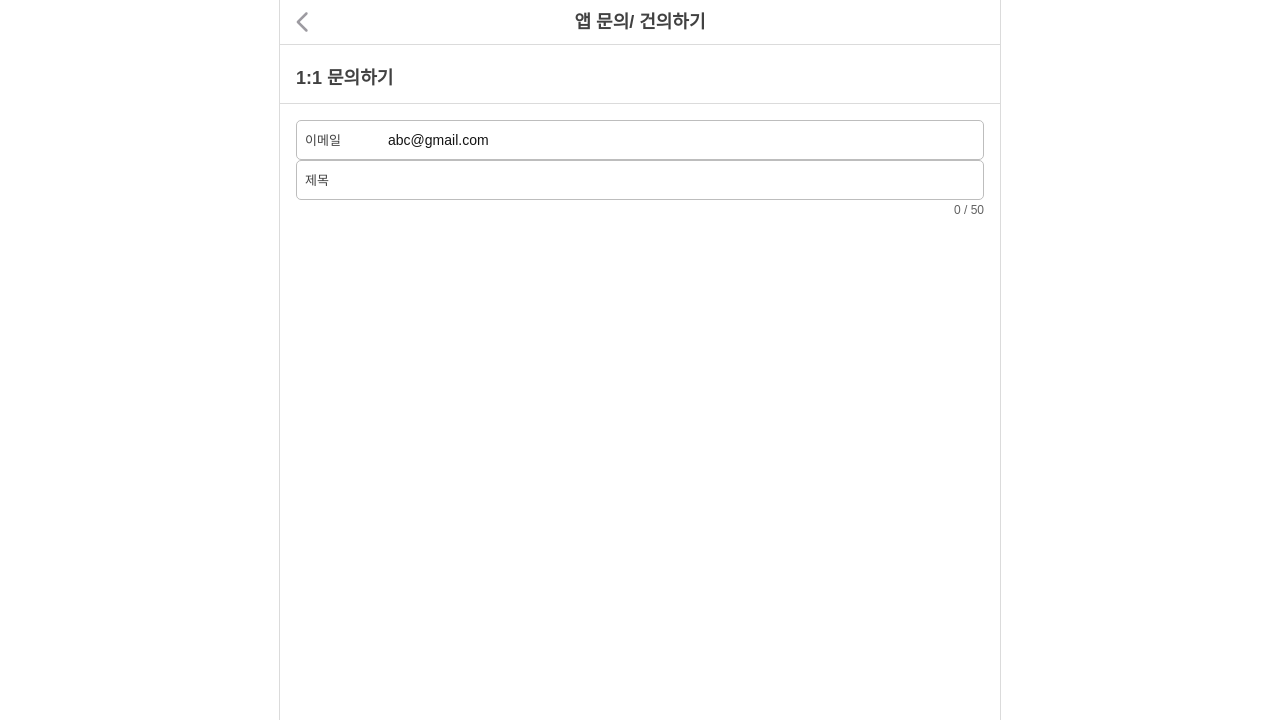
Repository: gosun1018/denguru
Page: my_complain_write.html
These files come from the project's save history. The page is drawn as it stood at one moment and after the next save; the edit follows.
The browser window is 1280 px wide. The pictures show the whole page.
Some web fonts or font styles are not loaded; a fallback is used. The style sheet was rebuilt from its Sass, Less or Tailwind sources for each picture, by a compiler version that may differ from the author's.

Above is the page before, as saved 2020-03-23 15:50:40.

### my_complain_write.html
<!DOCTYPE html>
<html lang="en">
<head>
    <meta charset="UTF-8">
    <meta name="viewport" content="width=device-width, initial-scale=1.0">
    <title>DENGURU:: 앱 문의/ 건의하기</title>
    <link rel="stylesheet" href="css/main.css">
</head>
<body>
    <div class="wrap">
        <header class="header03 header03_white">
            <h1 class="h_title">앱 문의/ 건의하기</h1>
            <div class="btn_box">
                <a href="javascript:history.back();" class="btn_goback btn_left">
                    <img src="images/icon-goback.svg" alt="이전페이지" class="icon">
                </a>
            </div>
        </header>

        <div class="main">
            <div class="pd_header03"></div>
            <div class="complain_container">
                <h2 class="title08">1:1 문의하기</h2>

                <div class="complain_write_container">
                    <form onsubmit="return false;">
                        <div class="inp_box04">
                            <div class="inp_txt_box">
                                <label for="complainEmail" class="lab_txt">이메일</label>
                                <input type="email" name="complainTitle" class="inp_txt js-input" id="complainEmail" value="abc@gmail.com" label="이메일" disabled>
                            </div>
                        </div>
                        <div class="inp_box04">
                            <div class="inp_txt_box">
                                <label for="complainTitle" class="lab_txt">제목</label>
                                <input type="email" name="complainTitle" class="inp_txt js-input" id="complainTitle" label="제목">
                            </div>
                            <div class="txt_right inp_message js-txt-limit">
                                0 / 50
                            </div>
                        </div>

                    </form>
                </div>
            </div>
        </div>
    </div>
</body>
</html>

### css/scss/main.scss
@charset "utf-8";

//utils
@import "utils/variables";
@import "utils/mixins";
@import "utils/animations";

// base
@import "base/reset";
@import "base/layout";
@import "base/typography";

//modules
@import "modules/swipercustom";
@import "modules/form";
@import "modules/button";
@import "modules/popup";
@import "modules/popover";
@import "modules/toast";
@import "modules/pagination";

//component
@import "component/header";
@import "component/navigation";
@import "component/itemlist";
@import "component/reviewlist";
@import "component/taglist";
@import "component/postlist";
@import "component/postcontent";

//pages
@import "pages/mainpg";
@import "pages/search";
@import "pages/resister-pet";
@import "pages/review";
@import "pages/home-item-info";
@import "pages/gostore";
@import "pages/password-mail-complete";
@import "pages/storelist";
@import "pages/my-main";
@import "pages/my-notification";
@import "pages/members";
@import "pages/withdrawal";
@import "pages/order-history";
@import "pages/mycomplain";

### css/scss/utils/_variables.scss
@import url(https://cdn.jsdelivr.net/gh/moonspam/NanumSquare@1.0/nanumsquare.css);

//base color
$main-color: #7953d0;//#5f4899;
$main-bold-color: #5b13d6;
$secondary-color: #ffb025;
$accent-color: #ff4d7e;//#d72d5c;
$primary-color: #0095c6;
$bg-gray-color: #f3f1f6;

//gray-scale
$gray-0: #fff;
$gray-1: #f5f5f5;
$gray-2: #dbdbdb;
$gray-3: #bdbdbd;
$gray-4: #9e9e9e;
$gray-5: #747474;
$gray-6: #616161;
$gray-7: #414141;
$gray-8: #141414;

//FONT

//font-color
$bold-font-color: $gray-8;
$base-font-color: $gray-7;
$light-font-color: $gray-6;
$x-light-font-color: $gray-5;
$main-font-color: $main-color;
$main-bold-font-color: $main-bold-color;
$accent-font-color: $accent-color;
$primary-font-color: $primary-color;

//font-family
$base-font-family: 'NanumSquare','Apple SD Gothic Neo','Malgun Gothic',arial,sans-serif;

//font-size
$base-font-size: 14px;
$xsmall-font-size: ceil($base-font-size * 0.71); //10px
$small-font-size: ceil($base-font-size * 0.85); //12px
$mid-font-size: ceil($base-font-size * 0.92); //13px
$large-font-size: ceil($base-font-size * 1.14); //16px

$title-font-size: ceil($base-font-size * 1.28); //18px

//line-height
$base-line-height: 1.4;
$narrow-line-height: 1.2;
$mid-line-height: 1.6;
$wide-line-height: 1.8;

//
$layout-base-padding: 16px;
$layout-small-padding: $layout-base-padding / 2;
$layout-large-padding: $layout-base-padding * 1.5;

// border
$base-border: 1px solid $gray-3;
$light-border: 1px solid $gray-2;
$x-light-border: 1px solid $gray-1;
$main-border: 1px solid $main-color;
$secondary-border: 1px solid $secondary-color;
$accent-border: 1px solid $accent-color;
$primary-border: 1px solid $primary-color;

//border-radius
$base-border-radius: 5px;
$large-border-radius: 10px;

// fixed component height
$gnb-bottom-height: $layout-base-padding * 3.5;
$nav-gostore-height: 48px;

$header-height01: $layout-base-padding * 3.5;
$header-height02: $layout-base-padding * 3.5;
$header-height03: 45px;
$header-height04: 45px;
$header-height05: 45px;
$header-height06: $layout-base-padding * 3.5;

### css/scss/utils/_mixins.scss
@mixin clearfix {
    &:after {
        content: '';
        display: block;
        clear: both;
    }
}

@mixin position-center($position) {
    position: $position;
    top: 50%;
    left: 50%;
    transform: translate(-50%, -50%);
}

@mixin one-line-ellipsis {
    white-space: nowrap;
    text-overflow: ellipsis;
    overflow: hidden;
}

@mixin multi-line-ellipsis ($line-height, $lines) {
    overflow: hidden;
    text-overflow: ellipsis;
    display: -webkit-box;
    -webkit-line-clamp: $lines;
    -webkit-box-orient: vertical;
    word-wrap: break-word;
    line-height: $line-height;
    height: $line-height * $lines * 1em;
}

@mixin circle ($box-size) {
    width: $box-size;
    height: $box-size;
    border-radius: $box-size / 2;
}

@mixin blind {
    position: absolute;
    overflow: hidden;
    clip: rect(0 0 0 0);
    margin: -1px;
    width: 1px;
    height: 1px;
}

@mixin layout-frame {
    width: 100%;
    max-width: 720px;
    min-width: 320px;
}

@mixin thumnail {
    position: relative;
    overflow: hidden;

    .img {
        position: absolute;
        top: 0;
        left: 0;
        width: 100%;
        height: 100%;
        object-fit: cover;
    }
}

@mixin thumnail-border($radius) {
    position: relative;

    &:after {
        content: '';
        position: absolute;
        top: 0;
        left: 0;
        width: 100%;
        height: 100%;
        box-sizing: border-box;
        border: 1px solid rgba($gray-2, 0.5);
        border-radius: $radius;
    }
}

@mixin btn-color-full($color) {
    background-color: $color;
    border: 1px solid $color;
}

### css/scss/utils/_animations.scss
@keyframes width-0-to-100 {
    from {
        width: 0;
    }

    to {
        width: 100%;
    }
}

### css/scss/base/_reset.scss
/* http://meyerweb.com/eric/tools/css/reset/
   v2.0 | 20110126
   License: none (public domain)
*/

html, body, div, span, applet, object, iframe, h1, h2, h3, h4, h5, h6, p, blockquote, pre, a, abbr, acronym, address, big, cite, code, del, dfn, em, img, ins, kbd, q, s, samp, small, strike, strong, sub, sup, tt, var, b, u, i, center, dl, dt, dd, ol, ul, li, fieldset, form, label, legend, table, caption, tbody, tfoot, thead, tr, th, td, article, aside, canvas, details, embed, figure, figcaption, footer, header, hgroup, menu, nav, output, ruby, section, summary, time, mark, audio, video {
    margin: 0;
    padding: 0;
    border: 0;
    font-size: 100%;
    font: inherit;
    vertical-align: baseline; }

  /* HTML5 display-role reset for older browsers */

  article, aside, details, figcaption, figure, footer, header, hgroup, menu, nav, section {
    display: block; }

  body {
    line-height: 1; }

  ol, ul {
    list-style: none; }

  blockquote, q {
    quotes: none; }

  blockquote {
    &:before, &:after {
      content: '';
      content: none; } }

  q {
    &:before, &:after {
      content: '';
      content: none; } }

  table {
    border-collapse: collapse;
    border-spacing: 0; }

  a {
    color: inherit;
    text-decoration: none;
  }
  :focus {
    outline-color: $main-color;
  }

### css/scss/base/_layout.scss
body {
    display: flex;
    min-height: 100vh;
    font-family: $base-font-family;
}
.blind {
    @include blind;
}
.clearfix {
    @include clearfix;
}
.wrap {
    display: flex;
    flex-direction: column;
    flex: 1;
    @include layout-frame;
    margin: 0 auto;
    background-color: $bg-gray-color;
}
@media screen and (min-width: 722px) {
    .wrap {
        border-right: $light-border;
        border-left: $light-border;
    }
}
.main {
    display: flex;
    flex-direction: column;
    min-height: 100vh;
}
.img_box {
    font-size: 0;

    .img {
        width: 100%;
        font-size: 12px;
    }
}
.vis_hidden {
    visibility: hidden;
}
.sect01 {
    padding: $layout-base-padding*3 0 0;
    margin-bottom: $layout-base-padding;
    background-color: $gray-0;

    .btn_box_bottom {
        margin-top: $layout-large-padding;
    }
    .btn_more {
        display: block;
        height: $layout-base-padding * 3;
        line-height: $layout-base-padding * 3;
        font-size: $base-font-size;
        border-top: $light-border;
        text-align: center;
        color: $main-font-color;
        font-weight: bold;

        .icon {
            width: 1.1em;
            vertical-align: middle;
        }
    }
}
.sect02 {
    padding: $layout-base-padding*3 0;
    margin-bottom: $layout-base-padding;
    background-color: $gray-0;

    .swiper-pagination {
        bottom: 0;
    }
    .items_wrap {
        padding-bottom: 10px;
    }
}
.sect03 {
    padding: $layout-small-padding;
    background-color: $gray-0;
}
.sect04 {
    margin-top: $layout-base-padding;
    background-color: $gray-0;
}
.sect05 {
    padding: $layout-large-padding 0;
    background-color: $gray-0;
}
.sect06 {
    padding: $layout-base-padding*2 0;
    background-color: $gray-0;
}
.sect_ad01 {
    font-size: 0;

    .bnr {
        width: 100%;
        font-size: 12px;
    }
}
.mt_head02 {
    margin-top: $layout-base-padding * 3.5;
}

### css/scss/base/_typography.scss
.txt_center {
    text-align: center;
}
.txt_left {
    text-align: left;
}
.txt_right {
    text-align: right;
}
.emph_color_main {color: $main-font-color;}
.emph_color_accent {color: $accent-font-color;}
.emph_color_primary {color: $primary-font-color;}
.title01 {
    margin: 0 $layout-base-padding $layout-large-padding;
    font-size: $title-font-size;
    font-weight: 900;
    color: $bold-font-color;

    .emph {
        color: $main-font-color;
    }
}
.title02 {
    font-size: $large-font-size;
    font-weight: bold;
    color: $bold-font-color;
}
.title03 {
    padding: 0 $layout-base-padding;
    margin-bottom: $layout-base-padding;
    font-size: $title-font-size;
    font-weight: 900;
    color: $bold-font-color;

    .emph {
        color: $main-font-color;
    }
}
.title04 {
    display: flex;
    justify-content: space-between;
    align-items: center;
    padding: 0 $layout-base-padding;
    height: 40px;
    border-bottom: $light-border;

    .tit {
        font-size: $large-font-size;
        font-weight: bold;
        color: $base-font-color;
    }
    .tit_sub01 {
        font-size: $base-font-size;
        color: $main-font-color;
    }
}
.title05 {
    margin: 0 $layout-base-padding;
    padding-top: $layout-small-padding;
    font-size: $large-font-size;
    font-weight: bold;
    color: $bold-font-color;

    .tit_sub {
        font-size: $mid-font-size;
        font-weight: normal;
        color: $base-font-color;
    }
}
.title06 {
    font-size: $large-font-size;
    color: $bold-font-color;
}
.title07 {
    font-size: $base-font-size;
    color: $bold-font-color;
}
.title08 {
    font-size: $title-font-size;
    font-weight: bold;
    color: $base-font-color;
}
.title09 {
    font-size: $large-font-size;
    font-weight: bold;
    color: $base-font-color;
}
.sub_title01 {
    padding-left: $layout-small-padding;
    margin: 0 $layout-base-padding;
    border-left: $base-border;
    font-size: $mid-font-size;
    color: $base-font-color;
    line-height: $base-line-height;

    .emph01 {
        font-size: 1.076em;
        font-weight: bold;
        color: $main-font-color;
    }
    .emph02 {
        font-weight: bold;
    }
}
.paragraph01 {
    font-size: $base-font-size;
    color: $base-font-color;
    line-height: $base-line-height;
}

### css/scss/modules/_swipercustom.scss
.swiper-pagination {

    .swiper-pagination-bullet {
        width: 10px;
        height: 10px;
    }
}
.swiper-container-horizontal>.swiper-pagination-bullets .swiper-pagination-bullet {
    margin: 0 $layout-small-padding;
}

.pagination_main {

    .swiper-pagination-bullet-active {
        background-color: $main-color;
    }
}
.swiper-pagination {font-size: 0;}

.items_wrap.swiper-container {
    padding: 0 $layout-base-padding 10px;
}

### css/scss/modules/_popover.scss
.popover_container {
    position: relative;
}
.popover {
    display: none;
    position: absolute;
    padding: 8px;
    border-radius: $base-border-radius;
    word-break: keep-all;
    font-size: $base-font-size;
    line-height: $base-line-height;
    box-shadow: 0 1px 4px rgba(0,0,0,0.15);

    &:before {
        content: '';
        position: absolute;
        display: block;
        width: 0;
        height: 0;
        border: 5px solid transparent;
    }
    &.show {
        display: block;
    }
}
.popover_main {
    background-color: $main-color;
    color: $gray-0;

    &.popover_right_top:before {
        border-bottom-color: $main-color;
    }
}
.popover_right_top{
    top: calc(100% + 5px);
    right: -3px;

    &:before {
        top: -10px;
        right: 5px;
    }
}

### css/scss/modules/_toast.scss
.toast_box {
    position: fixed;
    bottom: $gnb-bottom-height;
    left: $layout-base-padding;
    right: $layout-base-padding;
    display: flex;
    justify-content: center;
    align-items: center;
    padding: $layout-small-padding;
    min-height: 48px;
    box-sizing: border-box;
    background-color: rgba(0,0,0,0.85);
    color: #fff;
    font-size: $base-font-size;
    line-height: $base-line-height;
    text-align: center;
    word-break: keep-all;
    border-radius: $large-border-radius;
    overflow: hidden;
    visibility: hidden;
    opacity: 0;
    transition: opacity .5s, visibility .5s, transform .5s;
    z-index: 900;

    &.show {
        opacity: 1;
        visibility: visible;
        transform: translate(0, $layout-small-padding*-1);
    }
}

### css/scss/modules/_pagination.scss
.pagination01 {
    display: flex;
    justify-content: center;

    .page {
        height: 24px;
        min-width: 24px;
        padding: 0 3px;
        box-sizing: border-box;
        border-radius: 12px;
        margin: 0 4px;
        text-align: center;
        font-size: $base-font-size;
        line-height: 24px;
        color: $light-font-color;

        &.active {
            background-color: $main-color;
            color: $gray-0;
            font-weight: 900;
        }
        &.disabled {
            opacity: .5;
        }
    }
    .page_link {
        display: block;
        width: 100%;
        height: 100%;
    }
}

### css/scss/component/_taglist.scss
.tag_list01 {

    .tag_item {
        width: fit-content;
        float: left;

        .btn {
            margin: 0 4px;
        }
        &:first-child .btn {
            margin-left: $layout-base-padding;
        }
        &:last-child .btn {
            margin-right: $layout-base-padding;
        }

        &.active .btn {
            font-weight: bold;
            background-color: $secondary-color;
            border-color: $secondary-color;
        }
    }
}

### css/scss/component/_postlist.scss
.post_list_wrap {
    flex: 1;
    padding: $layout-small-padding 0 $layout-base-padding;
    background-color: $gray-0;

    .pagination01 {
        margin-top: $layout-base-padding * 2;
    }
}

.post_list01 {
    padding: 0 $layout-base-padding;

    .post_item {
        padding: $layout-base-padding 0;
        border-bottom: $light-border;
    }
    .post_date {
        margin-bottom: $layout-small-padding;
        font-size: $small-font-size;
        color: $light-font-color;
    }
    .post_title {
        font-size: $base-font-size;
        color: $bold-font-color;
        @include multi-line-ellipsis($base-line-height,2);
        height: auto;
        max-height: $base-line-height * 2em;

        .icon_new {
            height: 1em;
            vertical-align: middle;
        }
    }
}

### css/scss/component/_postcontent.scss
.post_content_wrap {
    flex: 1;
    display: flex;
    flex-direction: column;
}
.post_content_title_container {
    padding: $layout-base-padding;
    border-bottom: $light-border;

    .post_content_title {
        font-size: $large-font-size;
        line-height: $base-line-height;
        font-weight: bold;
        color: $base-font-color;
    }
    .post_content_date {
        margin-top: $layout-small-padding;
        font-size: $small-font-size;
        color: $light-font-color;
    }
}
.post_content_article {
    min-height: 200px;
    padding: $layout-large-padding $layout-base-padding;
    background-color: $gray-0;
    font-size: $mid-font-size;
    line-height: $mid-line-height;
    color: $base-font-color;
}
.post_content_link_container {
    flex: 1;
    padding: 0 $layout-base-padding;
    margin-top: $layout-base-padding;
    background-color: $gray-0;

    .post_content_link_box {
        margin-top: $layout-small-padding;
    }
    .post_content_link {
        display: flex;
        align-items: center;
    }
    .icon_box {
        width: 24px;
        height: 24px;

        .img {
            width: 100%;
            height: 100%;
        }
    }
    .post_page {
        margin: 0 $layout-small-padding;
        font-size: $mid-font-size;
        color: $base-font-color;
    }
    .post_title {
        font-size: $base-font-size;
        color: $bold-font-color;
        @include one-line-ellipsis;
    }

}

### css/scss/pages/_gostore.scss
.h_load_bar_box {
    display: none;
    width: 100%;
    height: 4px;
    background-color: $bg-gray-color;
    overflow: hidden;

    &.show {
        display: block;
    }

    .h_load_bar {
        width: 0;
        height: 100%;
        background-color: $main-color;
        border-radius: 0 2px 2px 0;
        animation: ease-in-out 5s forwards width-0-to-100;
    }
}

.load_gostore_container {
    display: none;
    flex: 1;
    box-sizing: border-box;
    flex-direction: column;
    background-color: $gray-0;

    &.show {
        display: flex;
    }

    .load_img_container {
        display: flex;
        flex: 7;
        justify-content: center;
        align-items: center;
    }
    .load_img_box {
        width: 140px;
        margin: 0 auto 22px;
    }
    .load_txt_box {
        text-align: center;

        .txt01 {
            font-size: 20px;
            color: $base-font-color;
            font-weight: 900;
        }
        .txt02 {
            margin-top: $layout-small-padding;
            font-size: $large-font-size;
            color: $base-font-color;
        }
        .emph {
            color: $main-font-color;
        }
    }
    .load_notice_container {
        display: flex;
        justify-content: center;
        align-items: center;
        flex: 3;
        background-color: $gray-1;
        text-align: center;
        font-size: $small-font-size;
        line-height: $base-line-height;
        color: $light-font-color;
    }
}
.page_store {
    display: none;
    flex: 1;
    overflow-y: auto;
    overflow-x: hidden;

    &.show {
        display: block;
    }
}

### css/scss/pages/_password-mail-complete.scss
.mail_complete_container {
    height: 100vh;
    display: flex;
    flex-direction: column;
    justify-content: center;
    align-items: center;
    background-color: $gray-0;

    .img_motion_box {
        width: 140px;
        margin: 0 auto;

        .img {
            width: 100%;
        }
    }
    .mail_complete_txt01 {
        margin-top: $layout-large-padding;
        text-align: center;
        font-size: 20px;
        line-height: $narrow-line-height;
        font-weight: 900;

        .emph {
            color: #8054ea;
        }
    }
    .mail_complete_txt02 {
        margin-top: 12px;
        text-align: center;
        font-size: $base-font-size;
        line-height: $base-line-height;
        color: $base-font-color;
    }
    .btn_box {
        margin-top: 60px;
        justify-content: center;
    }
    .btn_mail_success {
        width: 90px;
        height: 40px;
        font-size: $large-font-size;
        line-height: 40px;
    }
}

### css/scss/pages/_my-notification.scss
.notification_list_container {
    background-color: $gray-0;

    .notification_box {
        position: relative;
        padding: $layout-large-padding $layout-base-padding;

        &:not(:first-child):before {
            content: '';
            display: block;
            position: absolute;
            top: 0;
            left: $layout-base-padding;
            right: $layout-base-padding;
            height: 1px;
            background-color: $gray-1;
        }
    }
    .notification_new {
        background-color: $bg-gray-color;
    }
    .notification_link {
        display: flex;
    }
    .icon_box {
        flex-shrink: 0;
        width: 24px;
        height: 24px;
        margin-right: $layout-base-padding;
    }
    .notification_content {
        flex: 1;
    }
    .notification_title {
        font-size: $base-font-size;
        color: $bold-font-color;
        line-height: $base-line-height;
    }
    .notification_date {
        margin-top: 4px;
        font-size: $small-font-size;
        color: $light-font-color;
    }
    .notification_img {
        margin-top: $layout-base-padding;
    }
}

### css/scss/pages/_withdrawal.scss
.withdrawal_title_container {
    padding: $layout-base-padding*2 $layout-base-padding;
    background-color: $gray-0;

    .img_box {
        height: 64px;

        .img {
            height: 100%;
            object-fit: contain;
        }
    }
    .withdrawal_title {
        margin-top: $layout-base-padding;
        font-size: $title-font-size;
        font-weight: bold;
        color: $bold-font-color;
    }
}
.withdrawal_info_container {
    padding: $layout-large-padding 0;

    .withdrawal_item_num {
        font-weight: bold;
        color: $main-font-color;
    }
    .title07 {
        margin: 0 $layout-base-padding;
    }
}
.withdrawal_item_box {
    margin-bottom: $layout-large-padding;

    .withdrawal_item_list_container {
        margin-top: $layout-small-padding;
    }
    .thumb_box {
        width: 56px;
        height: 56px;
        overflow: hidden;
        border-radius: $base-border-radius;
        @include thumnail;
    }
    .withdrawal_item_bnr {
        margin: $layout-base-padding $layout-base-padding 0;
    }
}
.withdrawal_notice_box {
    padding: 0 $layout-base-padding;

    .withdrawal_notice {
        margin-top: $layout-small-padding;
        font-size: $small-font-size;
        color: $base-font-color;
        line-height: $base-line-height;
    }
}
.withdrawal_btn_container {
    flex: 1;
    padding: $layout-large-padding $layout-base-padding;
    background-color: $gray-0;

    .btn_box {
        margin-top: $layout-large-padding;
    }
}

Loaded but not shown: css/scss/component/_reviewlist.scss (472 lines, source omitted); css/scss/modules/_form.scss (411 lines, source omitted); css/scss/pages/_review.scss (397 lines, source omitted); css/scss/pages/_search.scss (393 lines, source omitted); css/scss/component/_header.scss (401 lines, source omitted); css/scss/component/_itemlist.scss (212 lines, source omitted); css/scss/modules/_popup.scss (207 lines, source omitted); css/scss/pages/_home-item-info.scss (180 lines, source omitted); css/scss/pages/_my-main.scss (173 lines, source omitted); css/scss/pages/_storelist.scss (163 lines, source omitted); css/scss/pages/_order-history.scss (143 lines, source omitted); css/scss/modules/_button.scss (175 lines, source omitted); css/scss/component/_navigation.scss (140 lines, source omitted); css/scss/pages/_mainpg.scss (124 lines, source omitted); css/scss/pages/_mycomplain.scss (114 lines, source omitted); css/scss/pages/_resister-pet.scss (116 lines, source omitted); css/scss/pages/_members.scss (106 lines, source omitted)

After the next save:
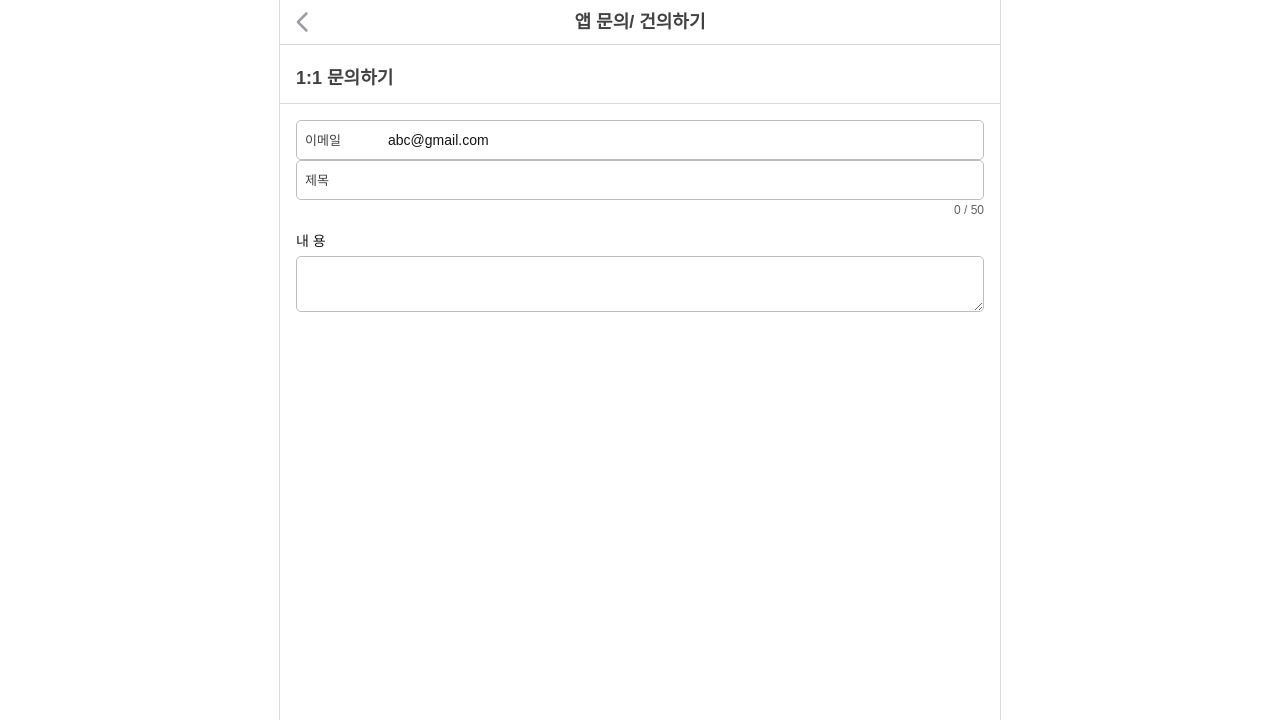
Saved 4 min 17 s later.
--- a/my_complain_write.html
+++ b/my_complain_write.html
@@ -39,7 +39,14 @@
                                 0 / 50
                             </div>
                         </div>
-
+                        <div class="inp_box02">
+                            <div class="lab_box">
+                                <label for="reviewTip" class="lab">내 용</label>
+                            </div>
+                            <div class="inp_box">
+                                <textarea name="reviewTip" id="reviewTip" class="inp inp_textarea" onkeydown="resizeTextarea(this)" onkeyup="resizeTextarea(this)"></textarea>
+                            </div>
+                        </div>
                     </form>
                 </div>
             </div>
